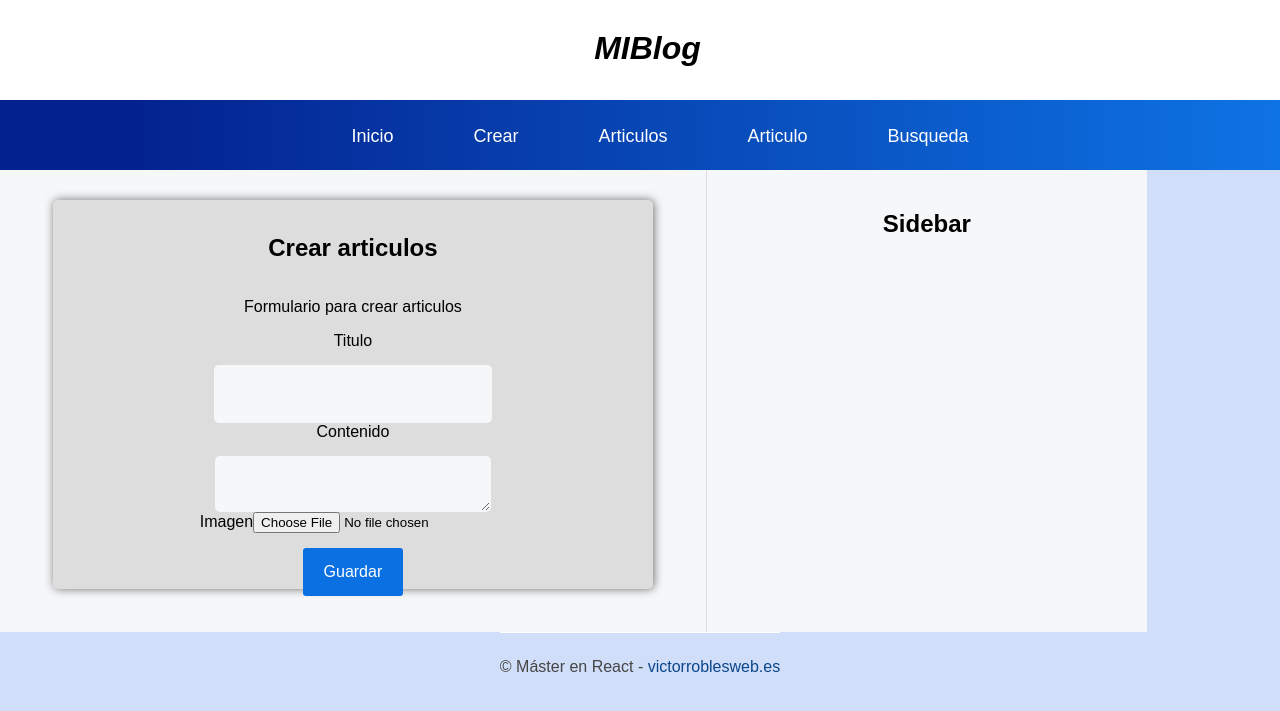
Repository: DamianBermudez94/frondEnd-blog
Page: /crear
An editor plug-in stored every save of this project. The page is shown before and after the next save, followed by the edit.
The browser window is 1280 px wide. The pictures show the whole page.
The project was rebuilt for these pictures with package versions that can differ from the ones it lists, and the page was loaded fresh each time. Also part of the build but not shown: vite.config.js, src/components/pages/Inicio.jsx, src/components/pages/Busqueda.jsx, src/helper/Global.jsx, src/helper/Peticion.jsx, src/components/pages/Listado.jsx, src/components/pages/Articulos.jsx, src/components/pages/Articulo.jsx.

Above is the page before, as saved 2023-08-14 19:24:03.

After the next save:
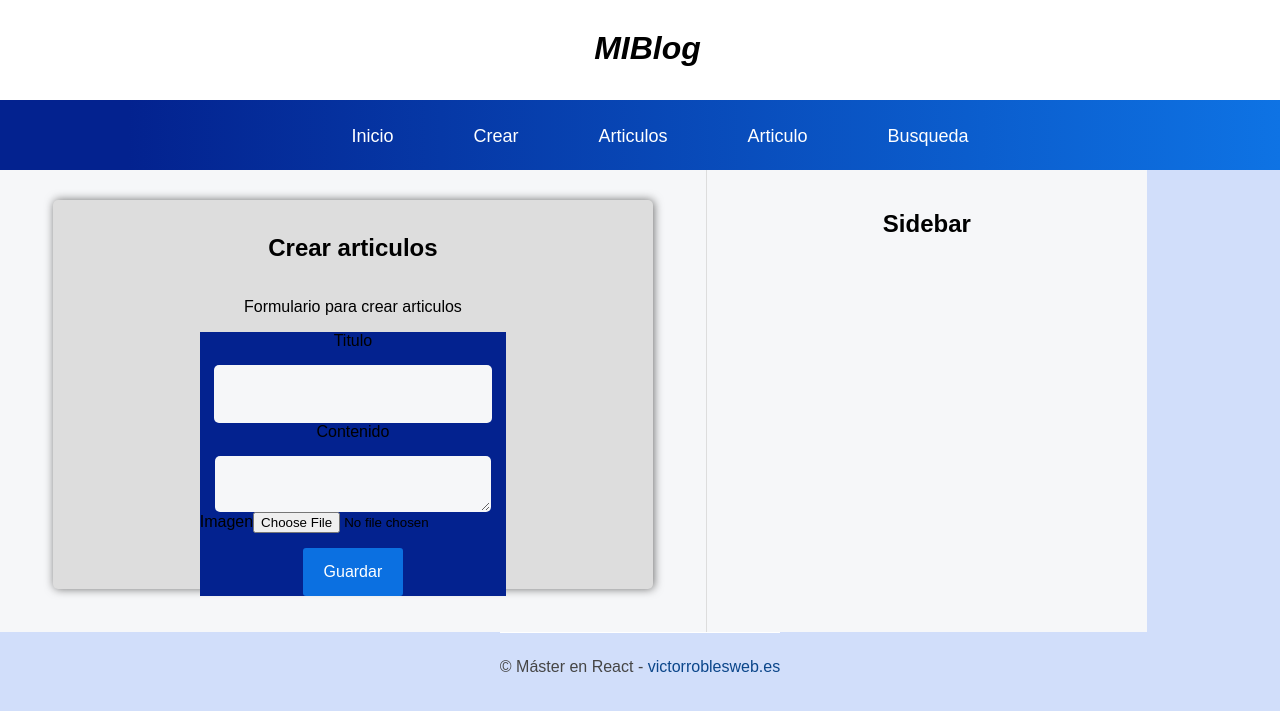
Saved 7 s later.
--- a/src/index.css
+++ b/src/index.css
@@ -282,6 +282,7 @@
 }
 .formulario{
   height: 100%;
+  background-color: #03228f;
 }
 .grup-form{
   margin: 0 auto;

After the save that followed:
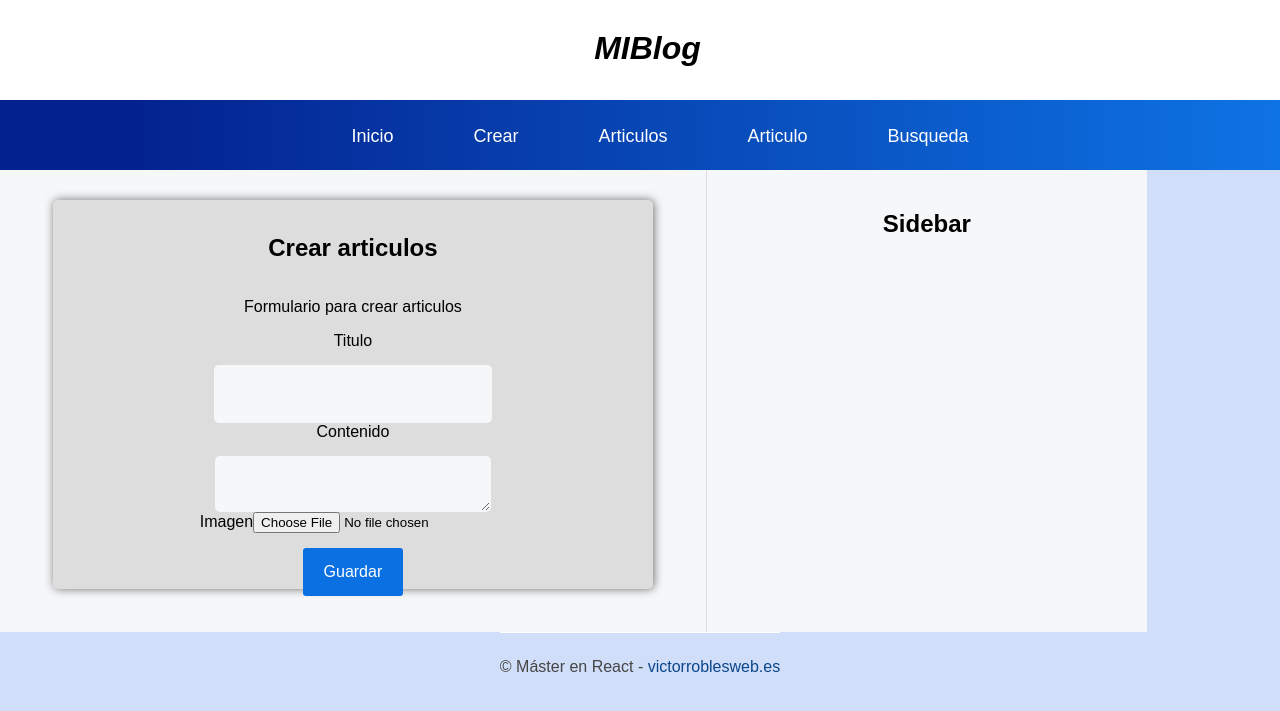
Saved 34 s later.
--- a/src/index.css
+++ b/src/index.css
@@ -281,8 +281,7 @@
   margin-top: 10px;
 }
 .formulario{
-  height: 100%;
-  background-color: #03228f;
+ margin-top: 0;
 }
 .grup-form{
   margin: 0 auto;
